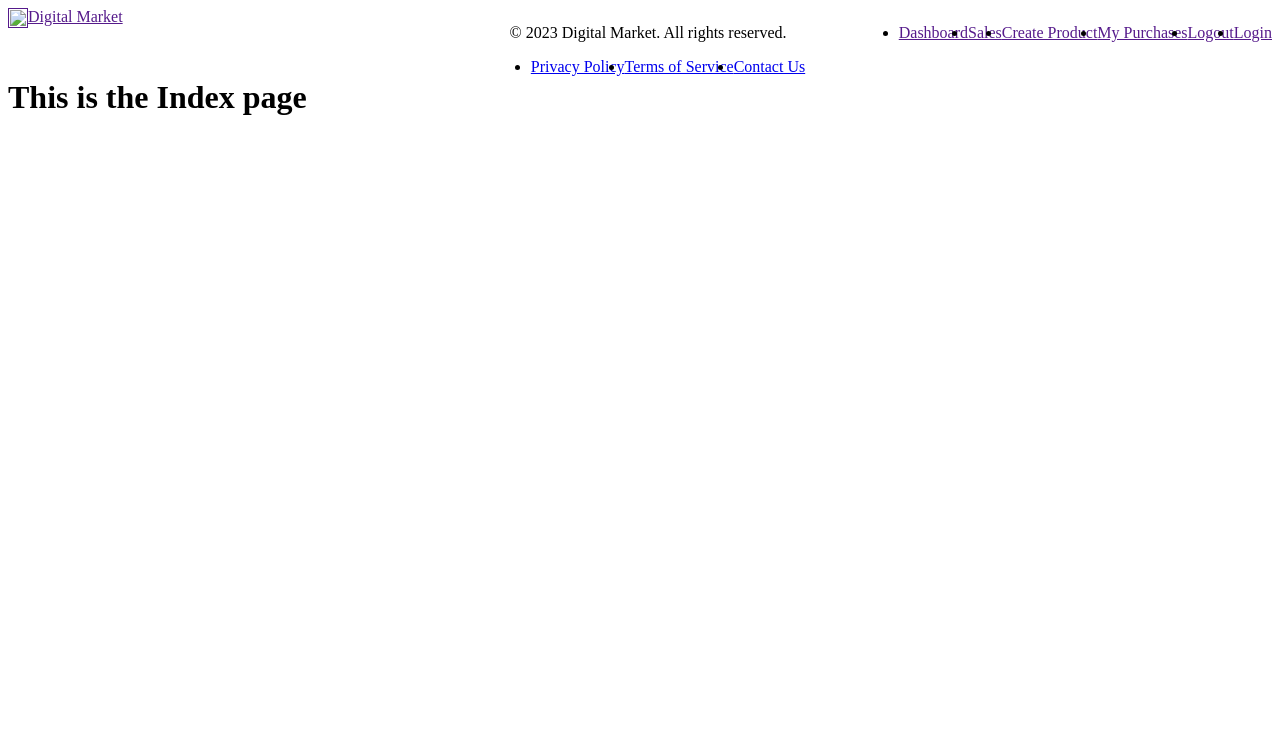
Repository: Zedestar/DigitalMarket_django
Page: http://localhost/
These files come from the project's save history. The page is drawn as it stood at one moment and after the next save; the edit follows.
The browser window is 1280 px wide. The page is 1288 px wide, so the pictures cover 1288 px, including what lies to the right of the window. The pictures show the whole page.
The page is served by the project's application, run on Django 5.2 (manage.py). Style sheets and scripts are compiled from the project's sources, by tool versions that may differ from the author's.

Above is the page before, as saved 2025-03-19 17:44:36.

After the next save:
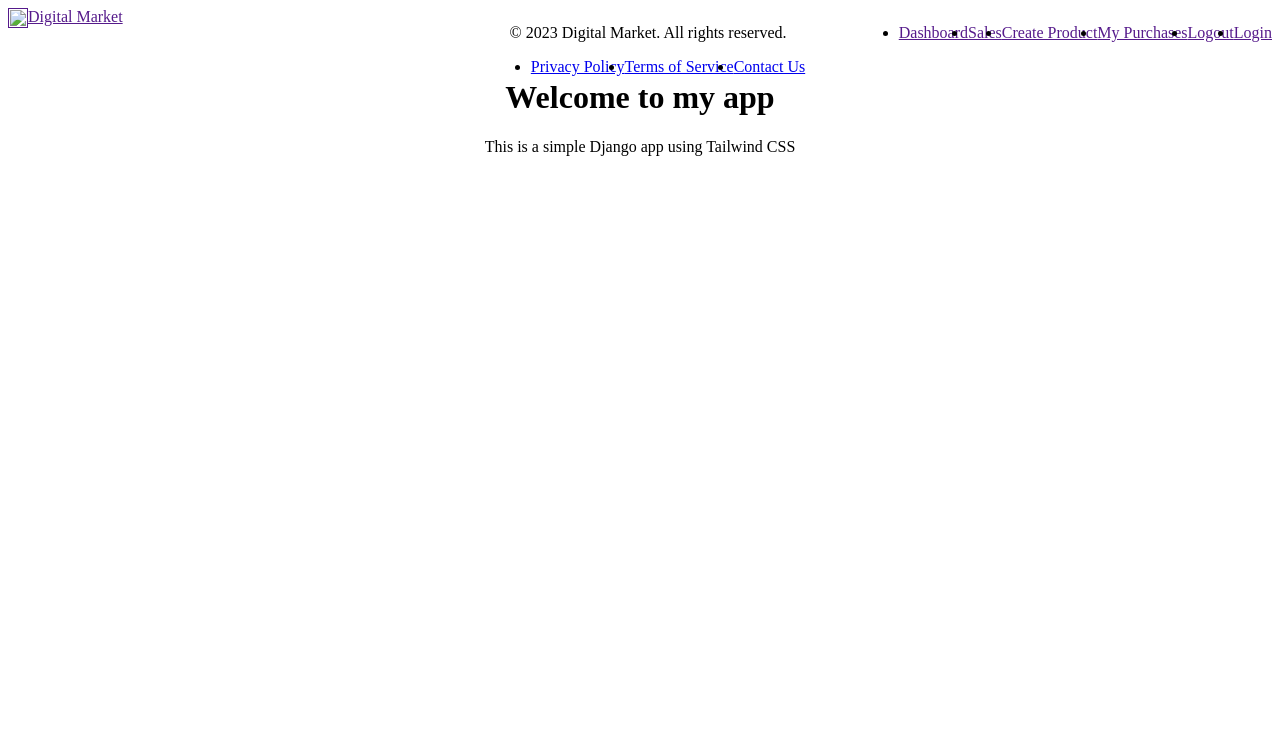
Saved 2 min 44 s later.
--- a/myapp/templates/myapp/index.html
+++ b/myapp/templates/myapp/index.html
@@ -1,4 +1,7 @@
 {% extends 'base.html' %}
 {% block body %}
-    <h1>This is the Index page</h1>
+    <div class="container mx-auto">
+        <h1 class="text-3xl font-bold text-center mt-8">Welcome to my app</h1>
+        <p class="text-center mt-4">This is a simple Django app using Tailwind CSS</p>
+    </div>
 {% endblock body %}
